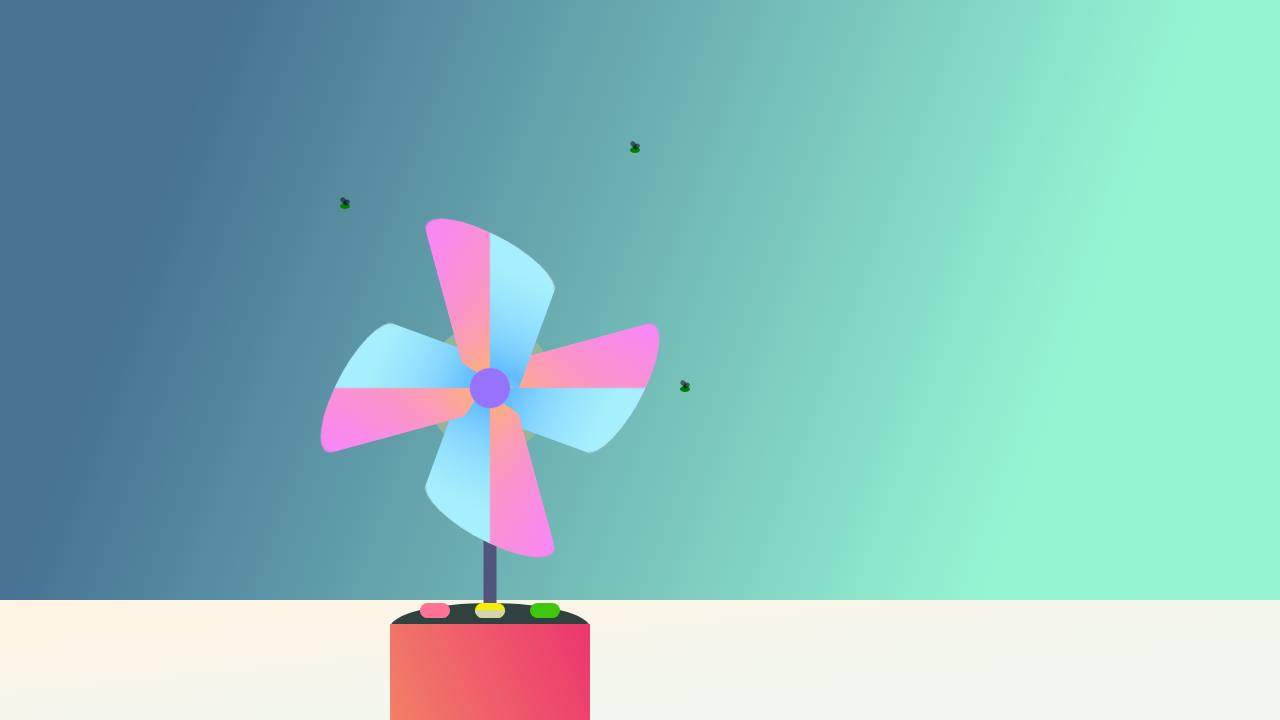
Repository: VuTuanAnh0949/CodeFan
Page: dsd.html
The author's editor kept a copy of each file at every save. The page is drawn from the files as they stood at one save, then again after the next save.
The browser window is 1280 px wide. The pictures show the whole page.

Above is the page before, as saved 2022-06-22 12:50:24.

After the next save:
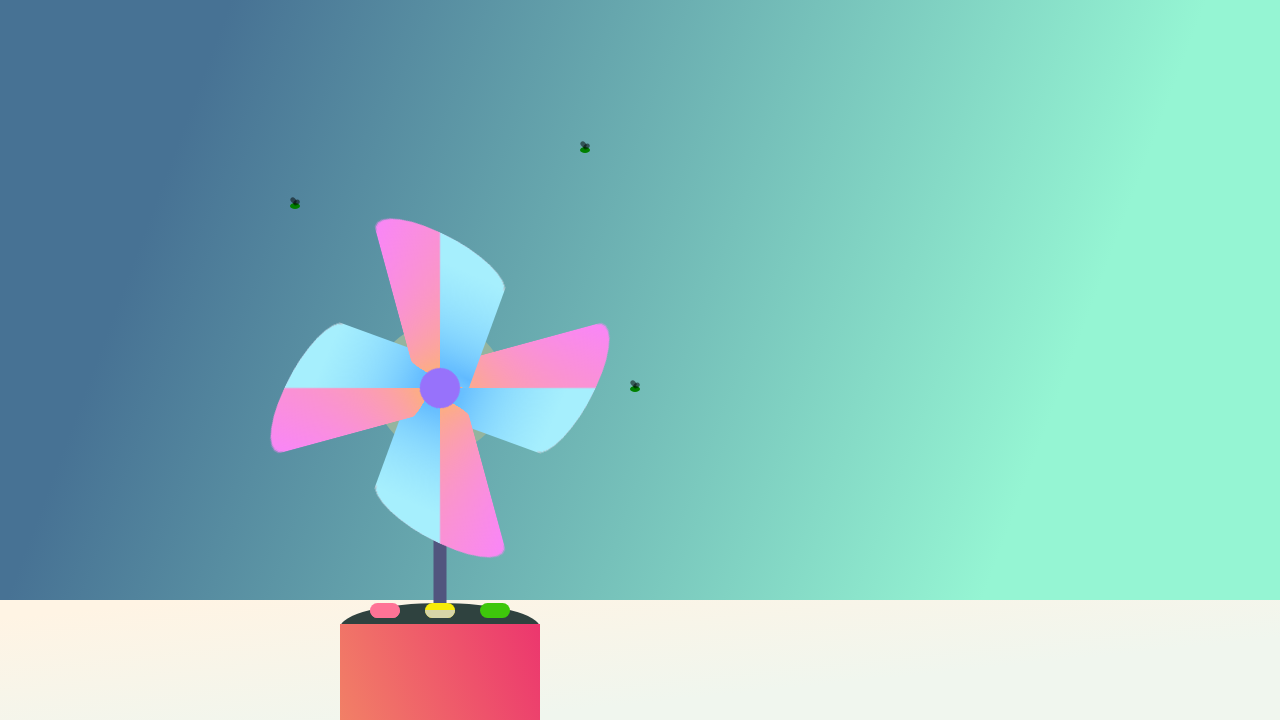
Saved 9 s later.
--- a/style.css
+++ b/style.css
@@ -130,7 +130,7 @@
     z-index: 1;
     margin-top: 75px;
     perspective: 500px;
-    margin-right:300px;
+    margin-right:400px;
 }
 
 .fan::after {

After the 2 saves that followed:
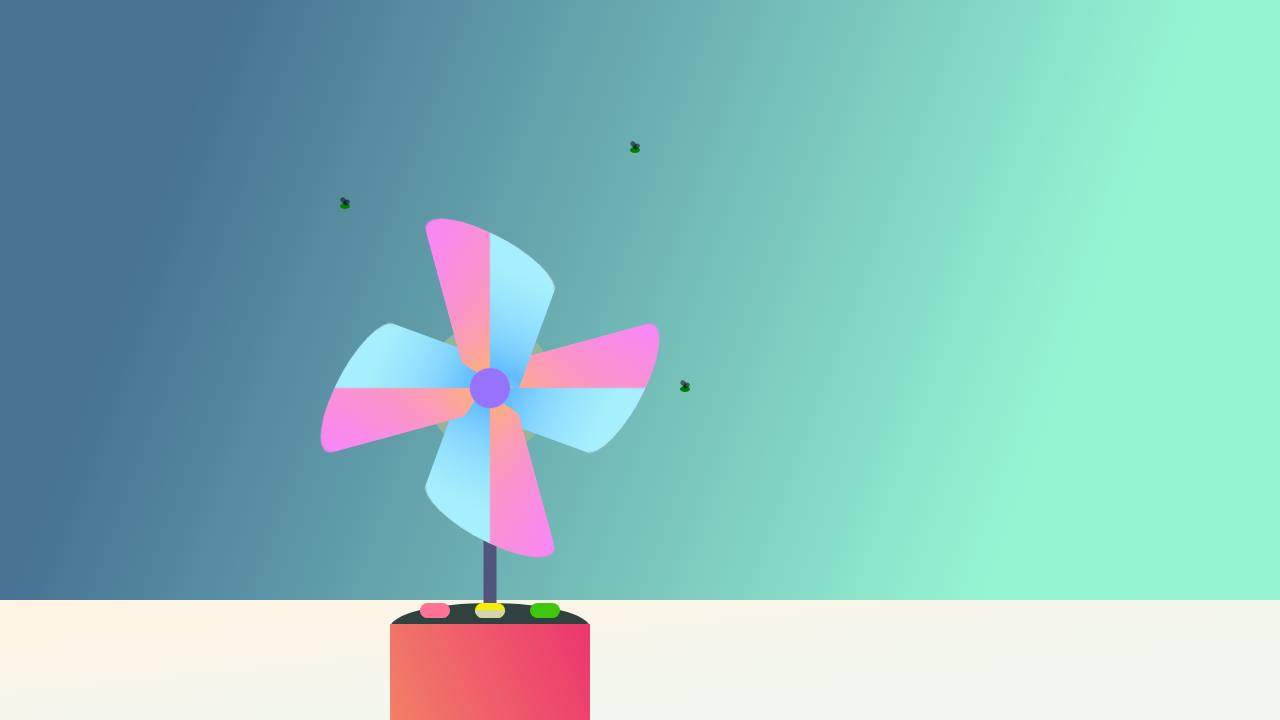
The 2 saves are shown as one change because 1 left the picture as it was.
The last was saved 25 s later.
--- a/style.css
+++ b/style.css
@@ -16,8 +16,7 @@
 }
 audio{
     z-index: 10;
-   padding-right:100px;
-    margin-right: 40px;
+
 }
 body::after {
     position: absolute;
@@ -130,7 +129,7 @@
     z-index: 1;
     margin-top: 75px;
     perspective: 500px;
-    margin-right:400px;
+    margin-right:300px;
 }
 
 .fan::after {
